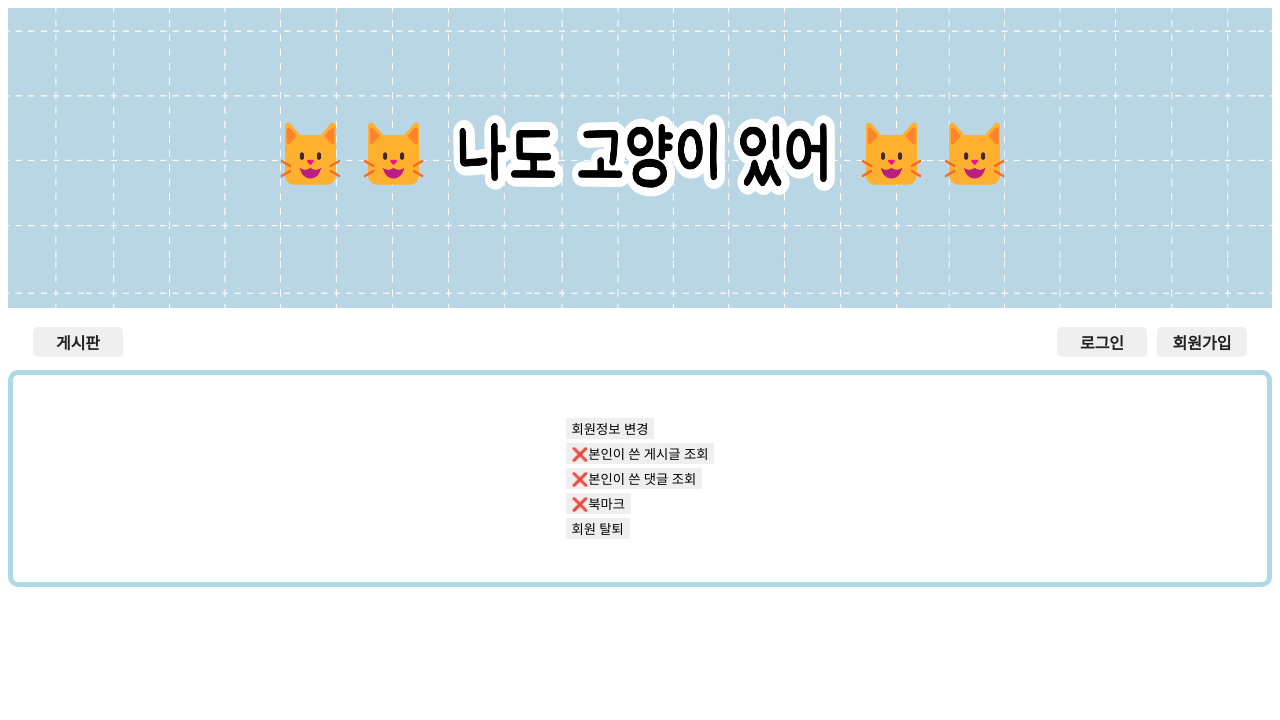
Repository: hh7711/Goit
Page: http://localhost/Goit/WEB-INF/views/myPage.jsp
These files come from the project's save history. The page is drawn as it stood at one moment and after the next save; the edit follows.
The browser window is 1280 px wide. The pictures show the whole page.
Some web fonts or font styles are not loaded; a fallback is used. The page is served by Tomcat 9. Nobody is signed in. The template is opened directly, without the code that normally fills it, so the values that code supplies are empty.

Above is the page before, as saved 2023-08-06 14:17:45.

After the next save:
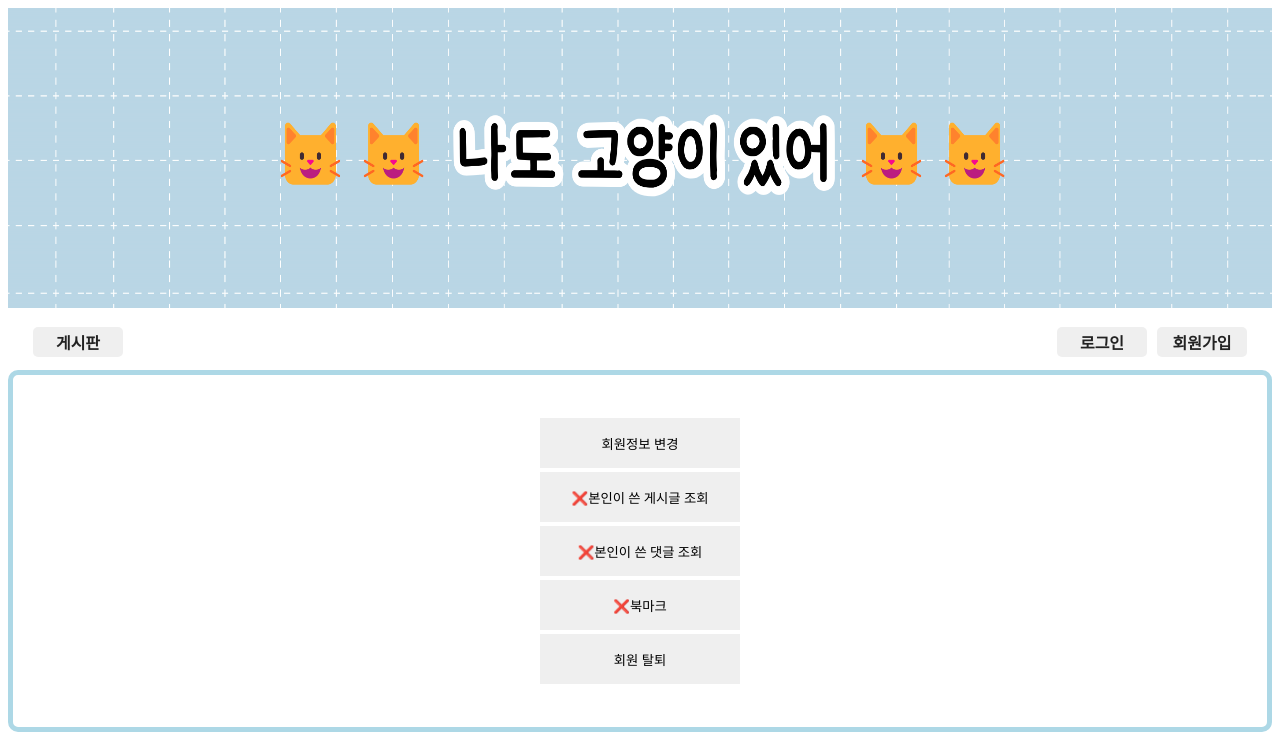
Saved 31 s later.
--- a/Goit/src/main/webapp/WEB-INF/views/myPage.jsp
+++ b/Goit/src/main/webapp/WEB-INF/views/myPage.jsp
@@ -54,6 +54,8 @@
         }
         .tableBtn{
         	border: none;
+        	width: 200px;
+        	height: 50px;
         }
 	</style>
 </head>
